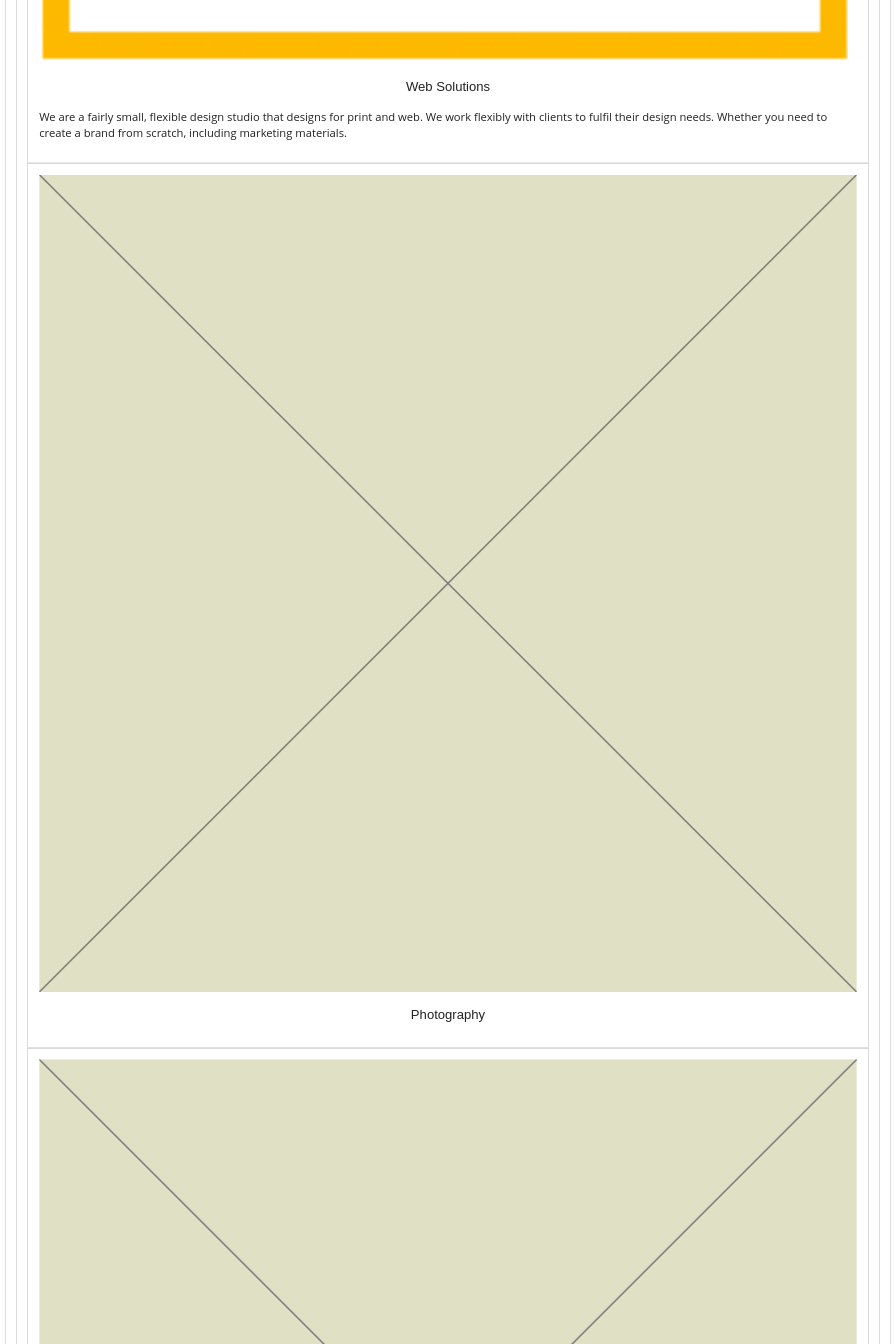
Repository: lpcmendoza/LAB02BF_Group9
Page: index.html
These files come from the project's save history. The page is drawn as it stood at one moment and after the next save; the edit follows.
The browser window is 1280 px wide. The pictures show the part of the page from y = 2995 to 4915 px (the page is 19584 px tall before and 19738 px after), at 70% of full size.

Above is the page before, as saved 2024-02-11 21:24:34.

After the next save:
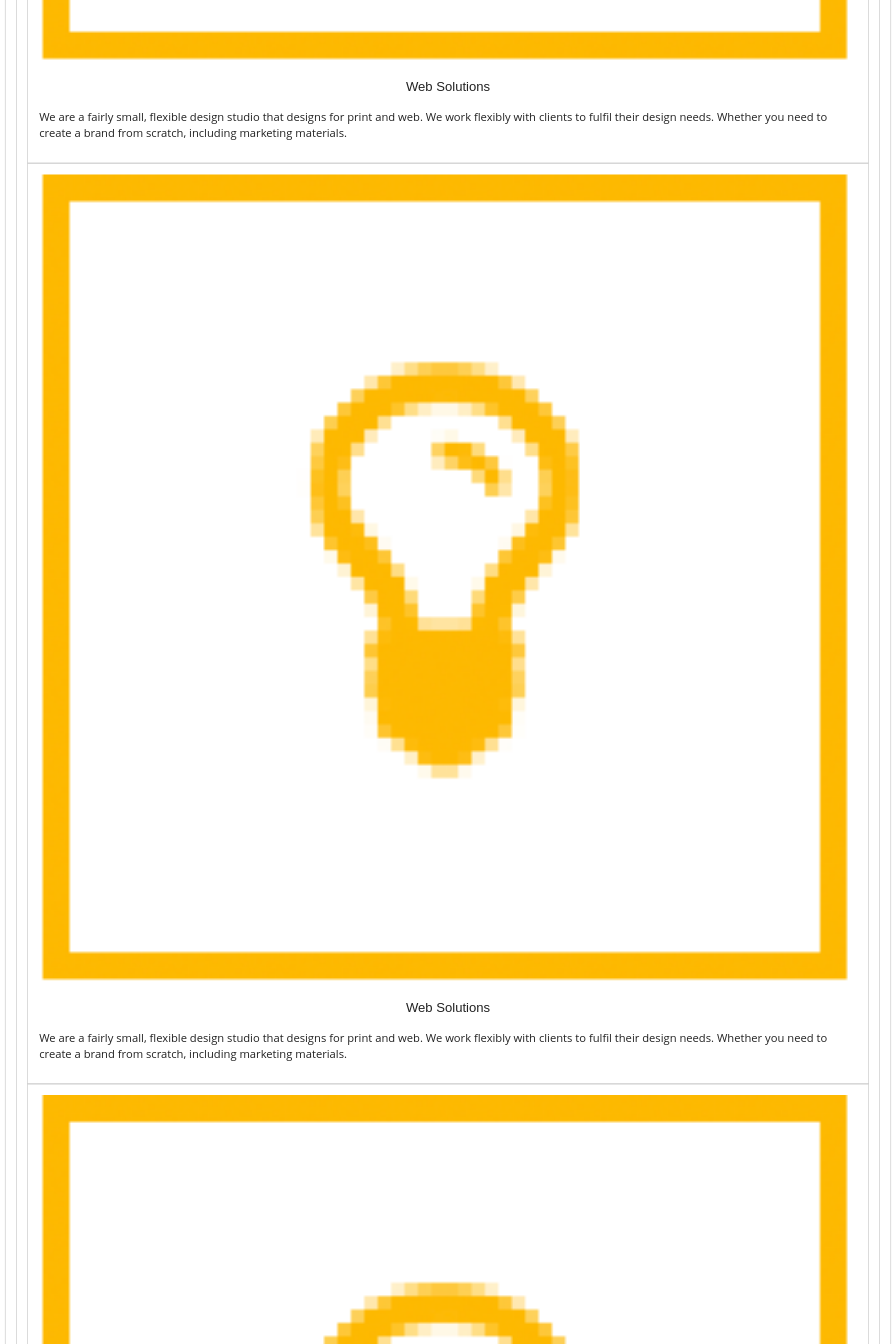
Saved 51 s later.
--- a/index.html
+++ b/index.html
@@ -66,16 +66,19 @@
         <p>We are a fairly small, flexible design studio that designs for print and web. We work flexibly with clients to fulfil their design needs. Whether you need to create a brand from scratch, including marketing materials.</p>
       </div>
       <div class="content-container">
-        <img src="img/placeholder.svg" alt="placeholder image">
-        <h3>Photography</h3>
+        <img class="icons" src="img/icon-web-solutions.png" alt="Web Solutions Icon">
+        <h3>Web Solutions</h3>
+        <p>We are a fairly small, flexible design studio that designs for print and web. We work flexibly with clients to fulfil their design needs. Whether you need to create a brand from scratch, including marketing materials.</p>
       </div>
       <div class="content-container">
-        <img src="img/placeholder.svg" alt="placeholder image">
-        <h3>Web Development</h3>
+        <img class="icons" src="img/icon-web-solutions.png" alt="Web Solutions Icon">
+        <h3>Web Solutions</h3>
+        <p>We are a fairly small, flexible design studio that designs for print and web. We work flexibly with clients to fulfil their design needs. Whether you need to create a brand from scratch, including marketing materials.</p>
       </div>
       <div class="content-container">
-        <img src="img/placeholder.svg" alt="placeholder image">
-        <h3>Web Design</h3>
+        <img class="icons" src="img/icon-web-solutions.png" alt="Web Solutions Icon">
+        <h3>Web Solutions</h3>
+        <p>We are a fairly small, flexible design studio that designs for print and web. We work flexibly with clients to fulfil their design needs. Whether you need to create a brand from scratch, including marketing materials.</p>
       </div>
     </div>
   </div>
